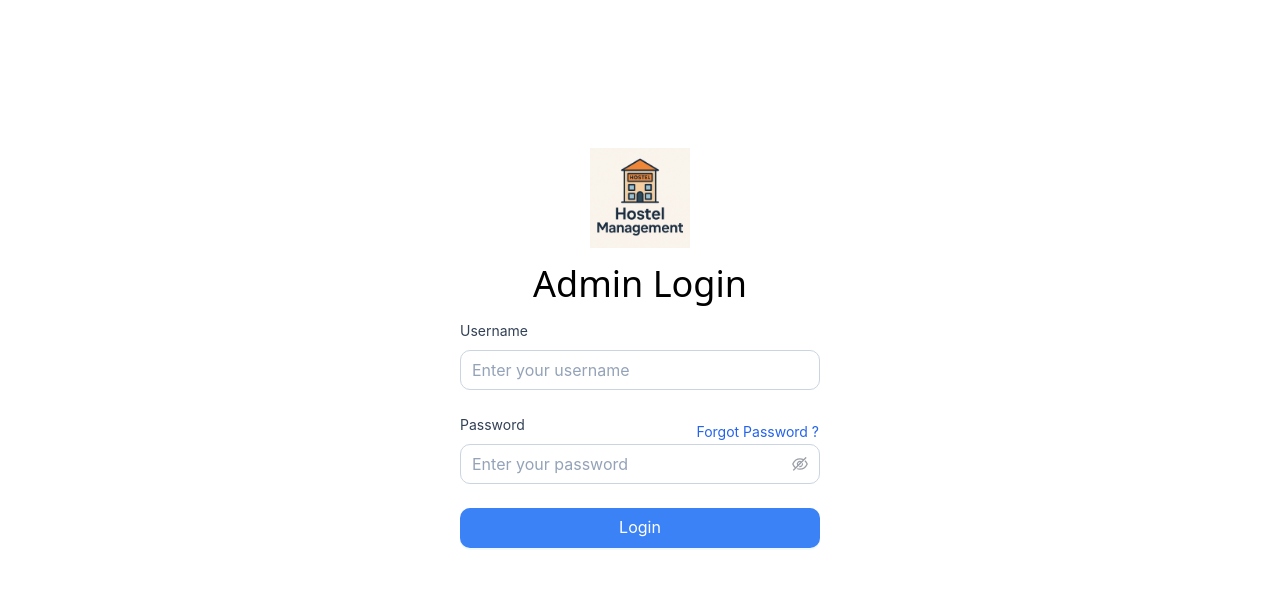
Repository: sujal984/Hostel-Management-System
Page: /Admin/login (app in frontend/)
The author's editor kept a copy of each file at every save. The page is drawn from the files as they stood at one save, then again after the next save.
The browser window is 1280 px wide. The pictures show the whole page.
The project was rebuilt for these pictures with package versions that can differ from the ones it lists, and the page was loaded fresh each time. Also part of the build but not shown: frontend/vite.config.js, frontend/src/components/ProtectedRoute.jsx, frontend/src/components/Acceptedapplication.jsx, frontend/src/components/AdminDashboard.jsx, frontend/src/components/StepForms.jsx, frontend/src/components/ApplicationForm.jsx, frontend/src/components/TrackStatus.jsx, frontend/src/components/Temporary.jsx and 3 more.

Above is the page before, as saved 2025-08-02 17:27:56.

After the next save:
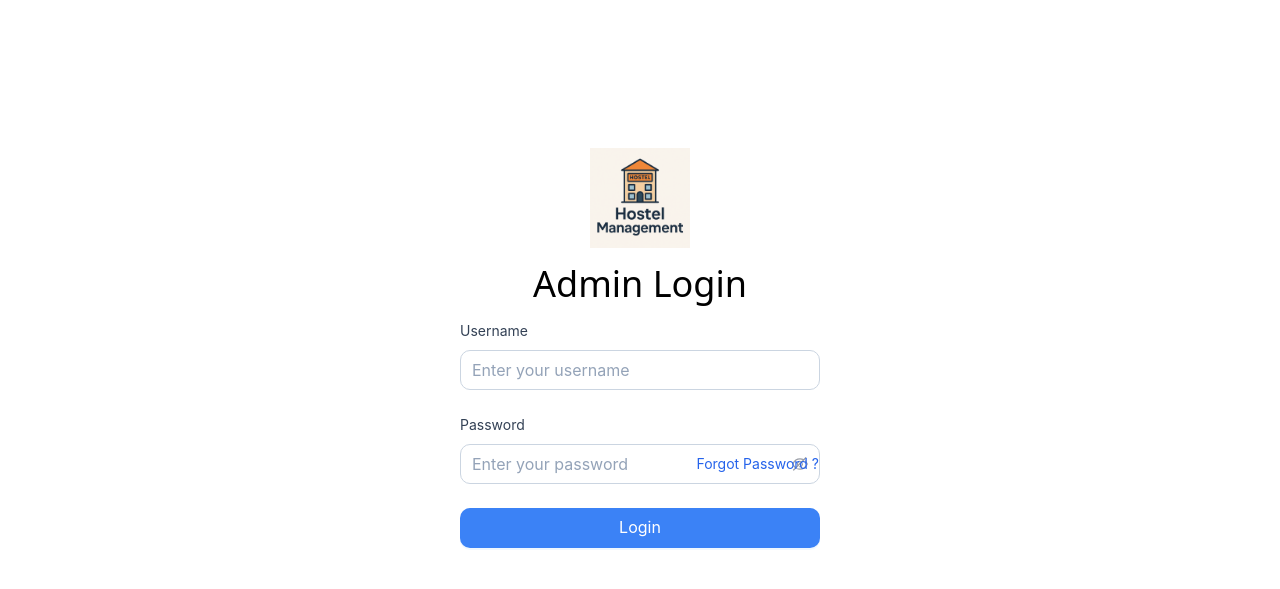
Saved 9 s later.
--- a/frontend/src/components/AdminLogin.jsx
+++ b/frontend/src/components/AdminLogin.jsx
@@ -103,7 +103,7 @@ function AdminLogin() {
                   <Button
                     type="link"
                     href={ROUTES.ForgotPassword}
-                    className="!absolute bottom-8 right-0 !pr-0 "
+                    className="!absolute top-0 right-0 !pr-0 "
                   >
                     Forgot Password ?
                   </Button>
